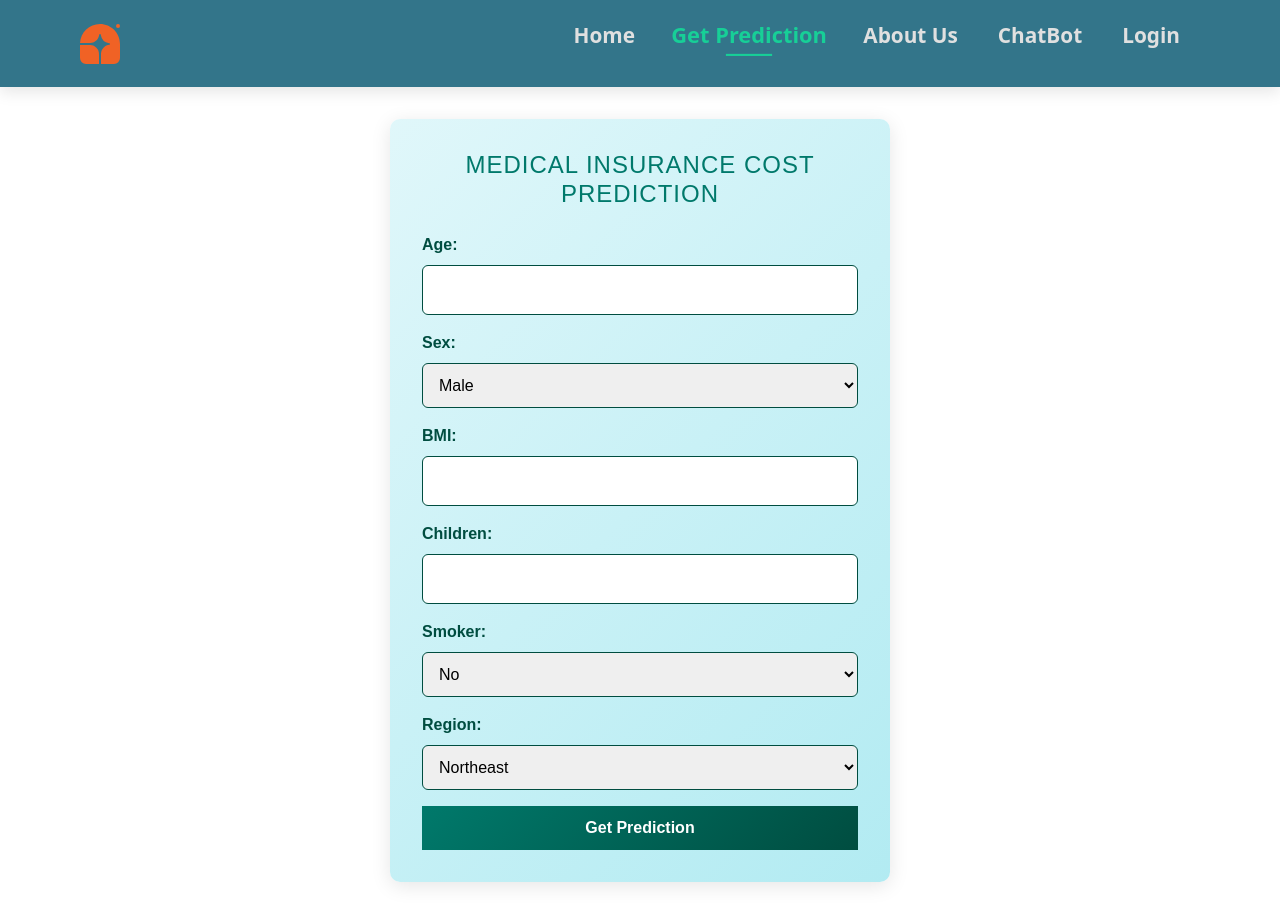
Repository: aabhashbasnet/MedicalInsuranceCostPredictionSystem
Page: /get-prediction (app in frontend/)
These files come from the project's save history. The page is drawn as it stood at one moment and after the next save; the edit follows.
The browser window is 1280 px wide. The pictures show the whole page.
The project was rebuilt for these pictures with package versions that can differ from the ones it lists, and the page was loaded fresh each time. Also part of the build but not shown: frontend/src/pages/Home.js, frontend/src/pages/AboutUs.js, frontend/src/pages/Login.js, frontend/src/pages/Signup.js, frontend/src/pages/DetailsPage.css, frontend/src/pages/DetailsPage.js, frontend/src/pages/ChatBot.css, frontend/src/pages/ChatBot.js.

Above is the page before, as saved 2025-01-23 16:12:39.

After the next save:
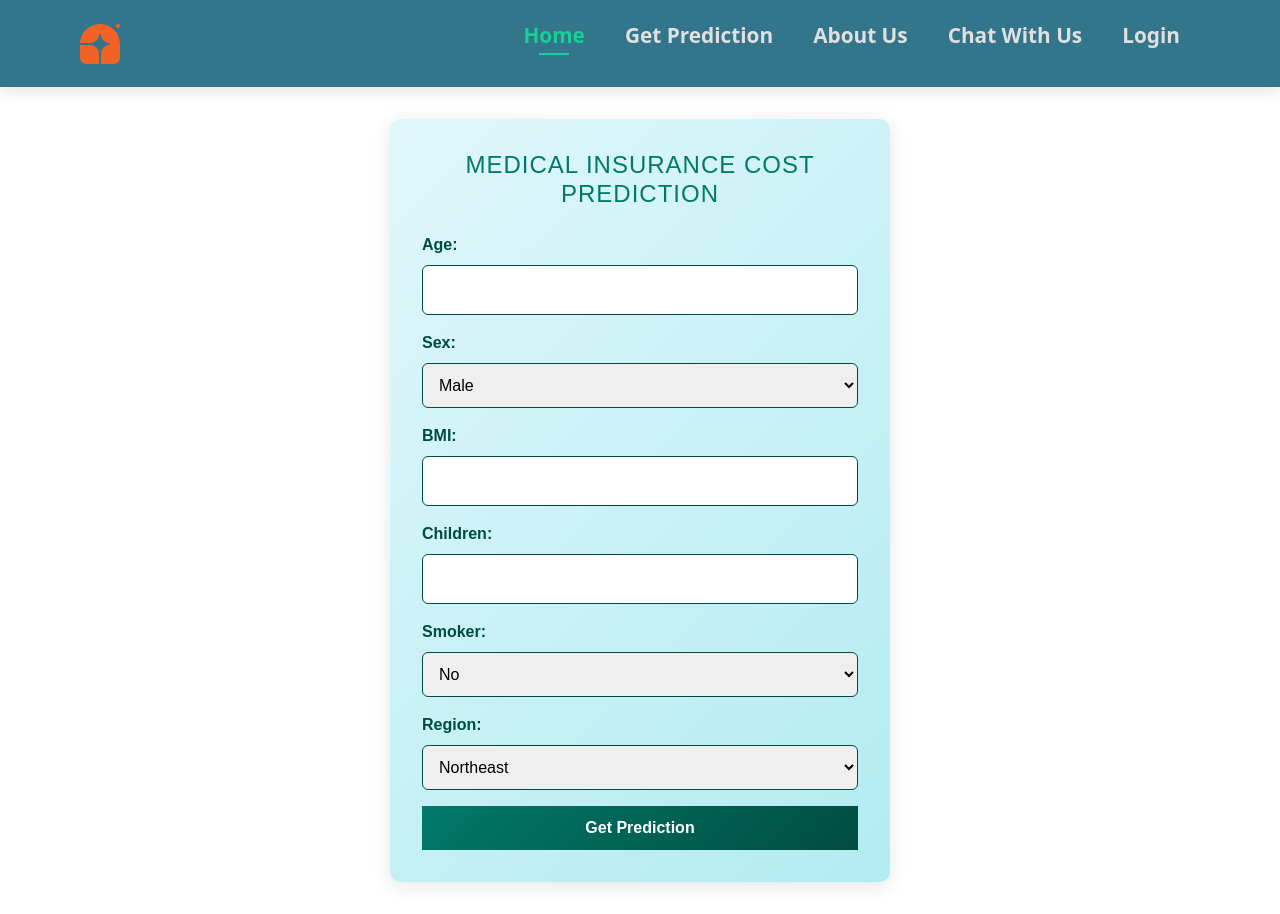
Saved 28 s later.
--- a/frontend/src/components/Navbar.js
+++ b/frontend/src/components/Navbar.js
@@ -1,5 +1,5 @@
 import { Component } from "react";
-import { NavLink } from "react-router-dom";  // Ensure NavLink is imported correctly
+import { Link } from "react-router-dom";
 import logo from './logo.svg';
 import './NavbarStyles.css';
 
@@ -14,59 +14,18 @@ class Navbar extends Component {
         return (
             <>
                 <nav>
-                    {/* Use NavLink for the logo */}
-                    <NavLink to="/" exact>
+                    <Link to="/">
                         <img src={logo} alt="Logo" />
-                    </NavLink>
+                    </Link>
 
                     <div>
                         <ul id="navbar" className={this.state.clicked ? "#navbar active" : "#navbar"}>
-                            <li>
-                                <NavLink
-                                    exact
-                                    to="/"
-                                    activeClassName="active"
-                                    className="nav-link"
-                                >
-                                    Home
-                                </NavLink>
-                            </li>
-                            <li>
-                                <NavLink
-                                    to="/get-prediction"
-                                    activeClassName="active"
-                                    className="nav-link"
-                                >
-                                    Get Prediction
-                                </NavLink>
-                            </li>
-                            <li>
-                                <NavLink
-                                    to="/about-us"
-                                    activeClassName="active"
-                                    className="nav-link"
-                                >
-                                    About Us
-                                </NavLink>
-                            </li>
-                            <li>
-                                <NavLink
-                                    to="/chat-bot"
-                                    activeClassName="active"
-                                    className="nav-link"
-                                >
-                                    ChatBot
-                                </NavLink>
-                            </li>
-                            <li>
-                                <NavLink
-                                    to="/login"
-                                    activeClassName="active"
-                                    className="nav-link"
-                                >
-                                    Login
-                                </NavLink>
-                            </li>
+                            <li><Link className="active" to="/">Home</Link></li>
+                            <li><Link to="/get-prediction">Get Prediction</Link></li>
+                            <li><Link to="/about-us">About Us</Link></li>
+                            <li><Link to="/chat-with-us">Chat With Us</Link></li>
+                            <li><Link to="/Login">Login</Link></li>
+
                         </ul>
                     </div>
 
